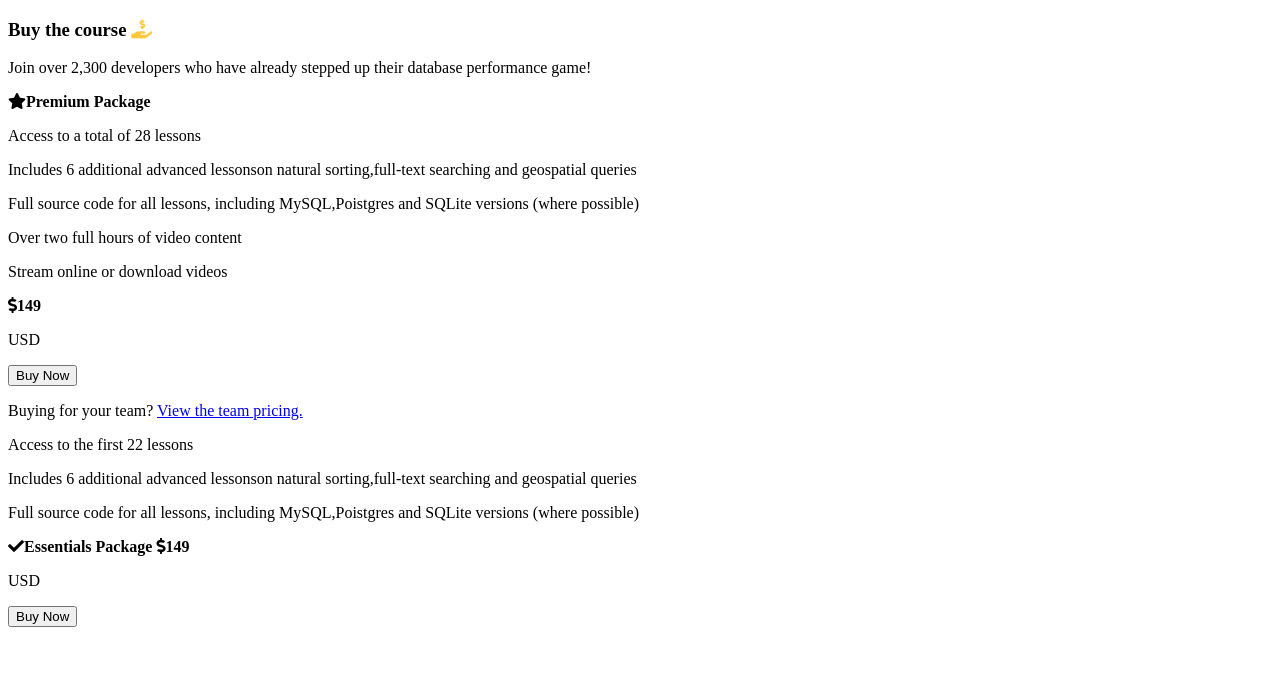
Repository: Z-ayat/Challenges
Page: Challenge 4/index.html
An editor plug-in stored every save of this project. The page is shown before and after the next save, followed by the edit.
The browser window is 1280 px wide. The pictures show the whole page.

Above is the page before, as saved 2021-09-07 00:31:20.

### Challenge 4/index.html
<!DOCTYPE html>
<html lang="en">

<head>
    <meta charset="UTF-8">
    <title>Course Offer Box</title>
    <link rel="stylesheet" href="styling/css/master.css">
    <link rel="stylesheet" href="styling/css/all.min.css">
    <link rel="preconnect" href="https://fonts.googleapis.com">
    <link rel="preconnect" href="https://fonts.gstatic.com" crossorigin>
    <link href="https://fonts.googleapis.com/css2?family=Cairo:wght@400;600;700;900&display=swap" rel="stylesheet">
</head>

<body>
    <div class="container">
        <div class="layout">
            <h3>Buy the course <i class="fas fa-hand-holding-usd" style="color: #FFC83D;"></i></h3>
            <p class="join">Join over 2,300 developers who have already stepped up their database performance game!</p>
        </div>
        <div class="prem-pack">
            <i class="fas fa-star">Premium Package</i>
            <p class="specs">Access to a total of 28 lessons</p>
            <p class="specs"><span class="import">Includes 6 additional advanced lessons</span>on natural sorting,full-text searching and geospatial queries</p>
            <p class="specs"><span class="import"> Full source code for all lessons, including MySQL,Poistgres and SQLite versions (where possible)</span></p>
            <p class="specs">Over two full hours of video content</p>
            <p class="specs">Stream online or download videos</p>
            <i class="fas fa-dollar-sign">149</i>
            <p class="usd">USD</p>
            <button>Buy Now</button>
            <p>Buying for your team? <a href="#">View the team pricing.</a></p>
        </div>
        <div class="ess-pack">
            <p class="specs"><span class="import">Access to the first 22 lessons</span></p>
            <p class="specs">Includes 6 additional advanced lessonson natural sorting,full-text searching and geospatial queries</p>
            <p class="specs"> Full source code for all lessons, including MySQL,Poistgres and SQLite versions (where possible)</p>
            <i class="fas fa-check">Essentials Package</i>
            <i class="fas fa-dollar-sign">149</i>
            <p class="usd">USD</p>
            <button>Buy Now</button>
        </div>
    </div>
</body>

</html>

Loaded but not shown: Challenge 4/styling/css/all.min.css (library); Challenge 4/styling/css/master.css (no stored copy; drawn as an empty file)

After the next save:
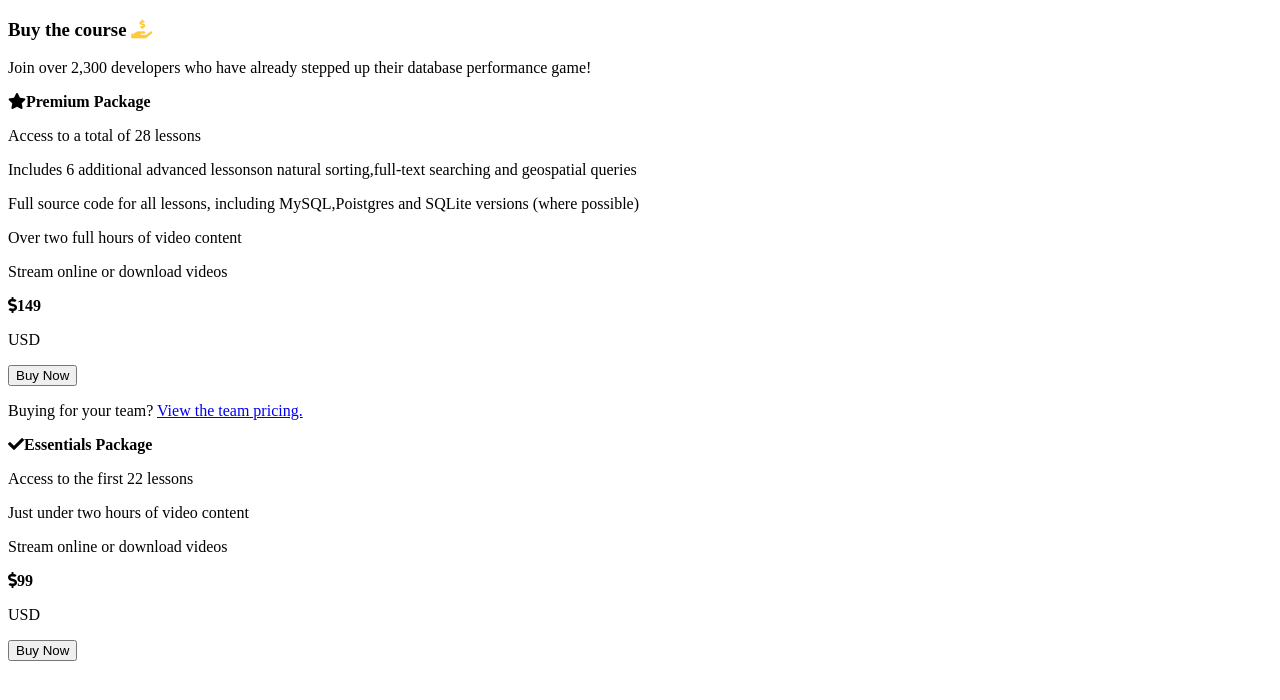
Saved 64 s later.
--- a/Challenge 4/index.html
+++ b/Challenge 4/index.html
@@ -30,11 +30,11 @@
             <p>Buying for your team? <a href="#">View the team pricing.</a></p>
         </div>
         <div class="ess-pack">
+            <i class="fas fa-check">Essentials Package</i>
             <p class="specs"><span class="import">Access to the first 22 lessons</span></p>
-            <p class="specs">Includes 6 additional advanced lessonson natural sorting,full-text searching and geospatial queries</p>
-            <p class="specs"> Full source code for all lessons, including MySQL,Poistgres and SQLite versions (where possible)</p>
-            <i class="fas fa-check">Essentials Package</i>
-            <i class="fas fa-dollar-sign">149</i>
+            <p class="specs">Just under two hours of video content</p>
+            <p class="specs">Stream online or download videos</p>
+            <i class="fas fa-dollar-sign">99</i>
             <p class="usd">USD</p>
             <button>Buy Now</button>
         </div>
